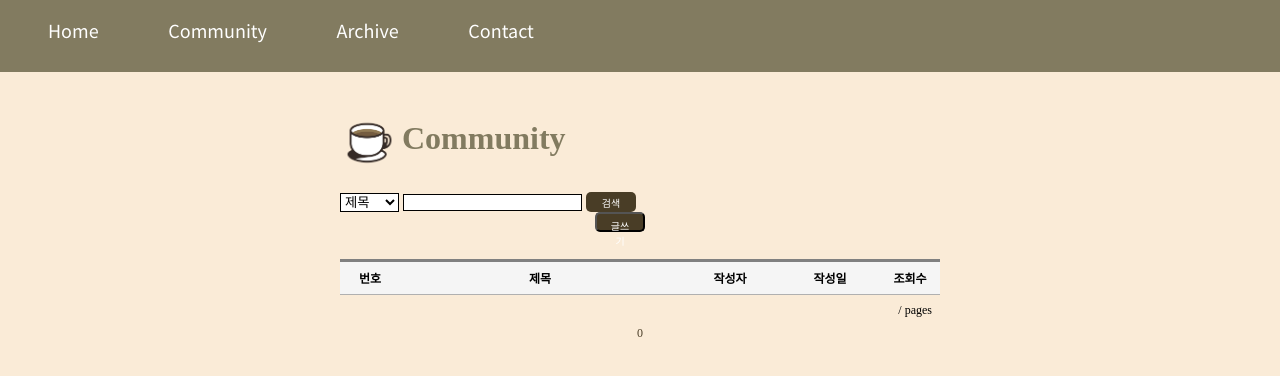
Repository: lym3074/Yongmin-s-Community
Page: http://localhost/YM_Community/WEB-INF/views/board/list.jsp
An editor plug-in stored every save of this project. The page is shown before and after the next save, followed by the edit.
The browser window is 1280 px wide. The pictures show the whole page.
The page is served by Tomcat 9. Nobody is signed in. The template is opened directly, without the code that normally fills it, so the values that code supplies are empty.

Above is the page before, as saved 2021-01-03 10:10:47.

After the next save:
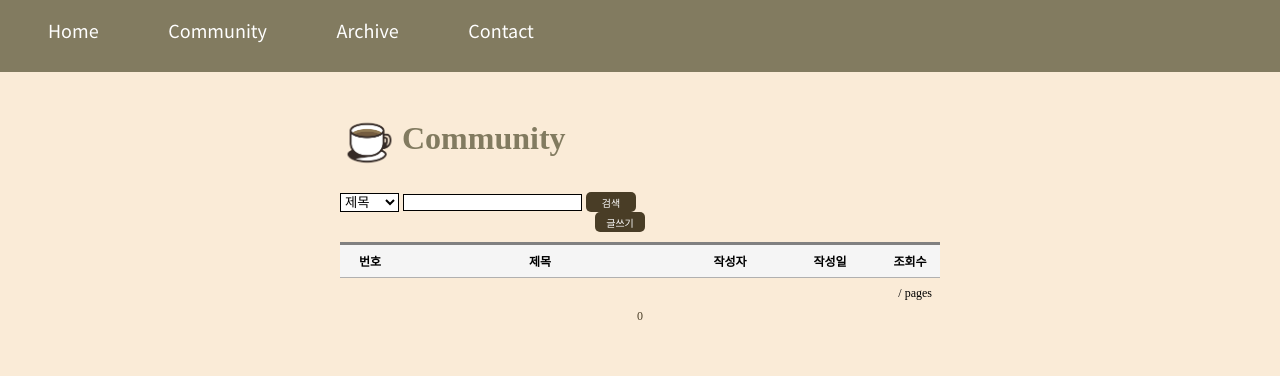
Saved 2 min 19 s later.
--- a/YM_Community/src/main/webapp/resources/css/list.css
+++ b/YM_Community/src/main/webapp/resources/css/list.css
@@ -137,8 +137,9 @@ main .table .th{
    width: 600px;
 }
 
-/* ---------- 검색 버튼 설정 --------- */
-.main input[class^="btn"] {
+/* ---------- 버튼 설정 --------- */
+.main input[class^="btn"],
+.main button[class^="btn"] {
     width: 50px;
     height: 20px;
     background: #493D26;
@@ -149,16 +150,7 @@ main .table .th{
     border-radius: 5px;
 }
 
-/* -----------a태그 버튼처럼 사용하기 */
 .main button[class^="btn"] {
-    padding:3.5px 10px 3.5px 10px;
-    width: 50px;
-    height: 20px;
-    text-decoration: none;
-    color:white;
-    font-size: 10px;
-    border-radius: 5px;
-    background: #493D26;
     margin-left: 255px;
 }
 
